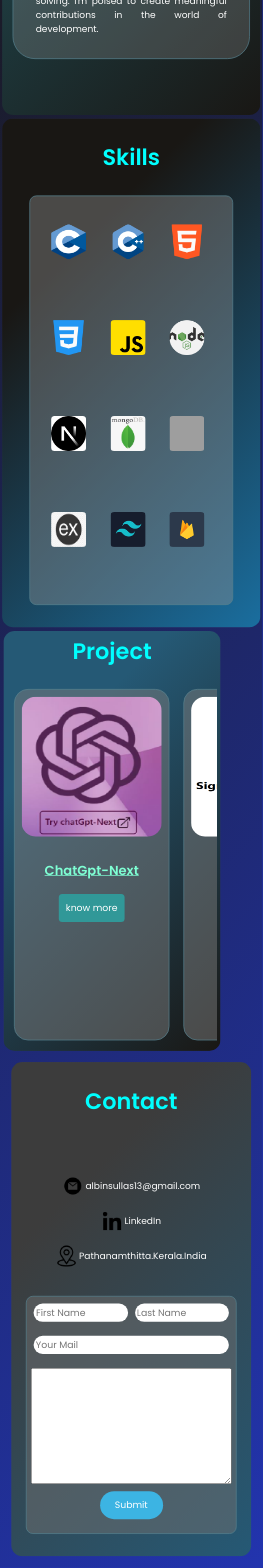
Repository: albinsabu2023/personalwebsite
Page: index.html
An editor plug-in stored every save of this project. The page is shown before and after the next save, followed by the edit.
The browser window is 375 px wide. The pictures show the part of the page from y = 1445 to 3685 px (the page is 3685 px tall before and 3659 px after), at 70% of full size.
Pictures or frames that could not be fetched are drawn as grey boxes.

Above is the page before, as saved 2023-09-04 18:45:09.

After the next save:
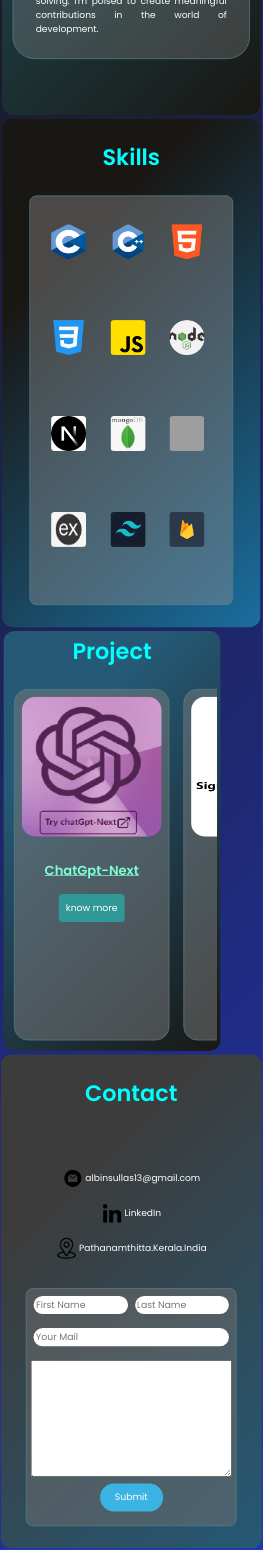
Saved 15 s later.
--- a/media.css
+++ b/media.css
@@ -201,7 +201,7 @@
         display: none;
     }
     #contact {
-        margin: 1rem;
+        margin: 1px;
     }
 
         .form__container {
